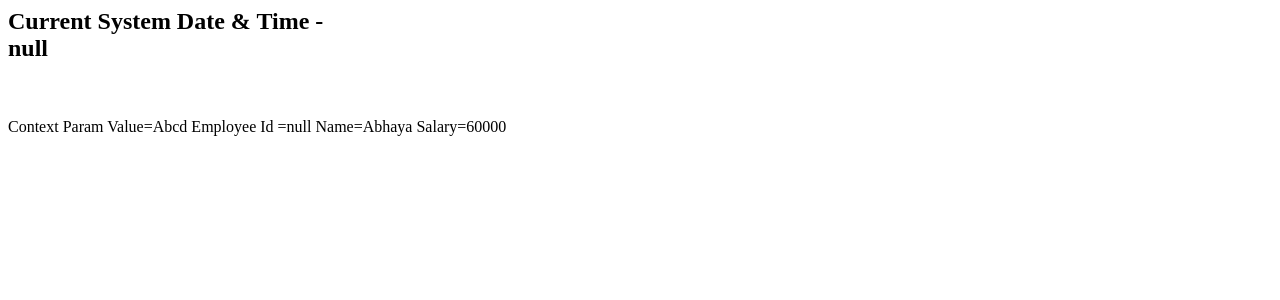
Repository: AbhayaAdarsh/TY_CG_HTD_BANGLORENOVEMBER_JFS_ABHAYAADARSH
Page: http://localhost/mywebapp/getEmp1
These files come from the project's save history. The page is drawn as it stood at one moment and after the next save; the edit follows.
The browser window is 1280 px wide. The pictures show the whole page.
The page is served by Tomcat 9.

Above is the page before, as saved 2019-12-16 07:54:01.

After the next save:
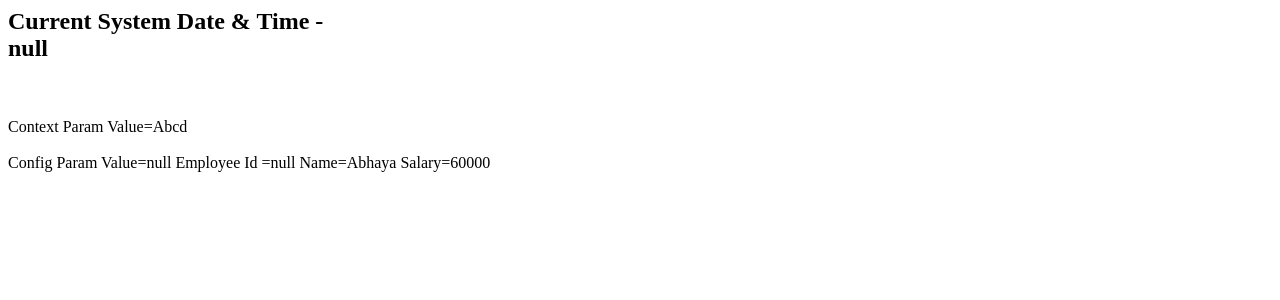
Saved 9 min 41 s later.
--- a/Back End/Servlets/mywebapp/src/main/java/com/capgemini/mywebapp/servlets/GetEmployeeServlet.java
+++ b/Back End/Servlets/mywebapp/src/main/java/com/capgemini/mywebapp/servlets/GetEmployeeServlet.java
@@ -3,6 +3,7 @@ package com.capgemini.mywebapp.servlets;
 import java.io.IOException;
 import java.io.PrintWriter;
 
+import javax.servlet.ServletConfig;
 import javax.servlet.ServletContext;
 import javax.servlet.ServletException;
 import javax.servlet.http.HttpServlet;
@@ -24,6 +25,9 @@ public class GetEmployeeServlet extends HttpServlet{
 		ServletContext context =getServletContext();
 		String contextParamVal =context.getInitParameter("myContextParam");
 
+		ServletConfig config =getServletConfig();
+		String configParamVal =context.getInitParameter("myConfigParam");
+
 		resp.setContentType("text/html");
 		resp.setHeader("refresh","1");
 
@@ -31,8 +35,9 @@ public class GetEmployeeServlet extends HttpServlet{
 		out.println("<html>");
 		out.print("<h2>Current System Date & Time - <br>" + date + "</h2>");
 
-		//display context-param value
+		//display context-param value & config-param value
 		out.println("<br><br>Context Param Value=" + contextParamVal);
+		out.println("<br><br>Config Param Value=" + configParamVal);
 
 
 		out.println("<body>");
